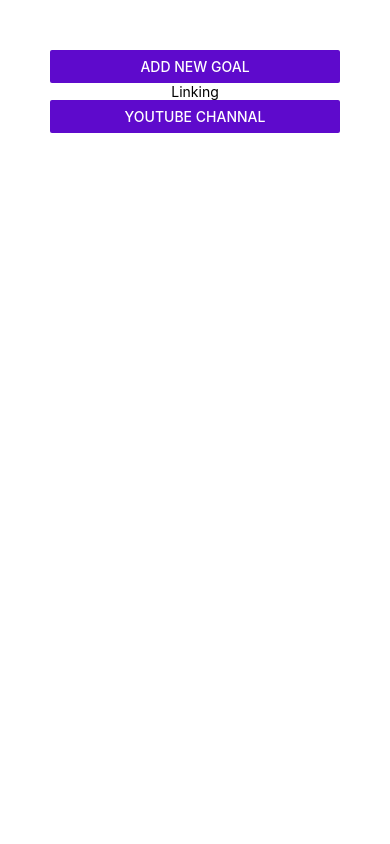
Repository: ntu34543/React-Native-Example1
Screen: /
These files come from the project's save history. The screen is drawn as it stood at one moment and after a run of saves; the edit follows.
The app was drawn by React Native's web renderer in a window 390 px wide. The project was rebuilt for these pictures with package versions that can differ from the ones it lists, and the page was loaded fresh each time. Also part of the build but not shown: components/Goalltem.js.

Above is the screen before, as saved 2022-09-12 12:00:57.

### App.js
import { useState } from "react";
import { StyleSheet, View, FlatList, Button, Text, Linking } from "react-native";
import { StatusBar } from "expo-status-bar";

import GoalItem from "./components/Goalltem";
import GoalInput from "./components/Goallnput";

export default function App() {
  const [modalIsVisible, setModalIsVisible] = useState(false);
  const [courseGoals, setCourseGoals] = useState([]);
  // console.log(courseGoals);

  function startAddGoalHandler() {
    setModalIsVisible(true);
  }

  function endAddGoalHandler() {
    setModalIsVisible(false);
  }

  function addTextInput(enteredGoalText) {
    setCourseGoals((currentCourseGoals) => [
      ...currentCourseGoals,
      { text: enteredGoalText, id: Math.random().toString() },
    ]);
    endAddGoalHandler();
  }

  function deleteGoalHandler(id) {
    setCourseGoals((currentCourseGoals) => {
      return currentCourseGoals.filter((goal) => goal.id !== id);
    });
  }

  return (
    <>
      <StatusBar style="auto"/>
      <View style={styles.container}>
        <Button
          title="Add new Goal"
          color="#5e0acc"
          onPress={startAddGoalHandler}
        />
        <Text style={{textAlign: 'center'}}>Linking</Text>
        <Button
          title="Youtube channal"
          color="#5e0acc"
          onPress={()=>{Linking.openURL('https://ca.slack-edge.com/T324R7VB6-U03RS7EKJHG-323b9d1b6216-512')}}
        />
        <GoalInput
          visible={modalIsVisible}
          onAddGoal={addTextInput}
          onCancer={endAddGoalHandler}
        />
        <View style={styles.goalsContainer}>
          <FlatList
            data={courseGoals}
            style={styles.goalsContainer}
            renderItem={(itemData) => {
              return (
                <GoalItem
                  text={itemData.item.text}
                  id={itemData.item.id}
                  onDeleteItem={deleteGoalHandler}
                />
              );
            }}
            keyExtractor={(item, index) => {
              return index.id;
            }}
            alwaysBounceVertical={false}
          />
        </View>
      </View>
    </>
  );
}

const styles = StyleSheet.create({
  container: {
    padding: 50,
  },
  goalsContainer: {
    // flex: 4,
  },
});

### components/Goallnput.js
import { useState } from "react";
import { StyleSheet, View, TextInput, Button, Modal, Image } from "react-native";
function GoalInput(props) {
  const [enteredGoalText, setEnteredGoalText] = useState("");

  function textInput(enteredText) {
    setEnteredGoalText(enteredText);
    // console.log(enteredText);
  }

  function addGoalHandler() {
    props.onAddGoal(enteredGoalText);
    setEnteredGoalText("");
  }

  return (
    <Modal visible={props.visible} animationType="slide">
      <View style={styles.inputContainer}>
          <Image style={styles.image} source={require('../assets/favicon.png')} />
        <TextInput
          style={styles.textInput}
          placeholder="Email............"
          onChangeText={textInput}
          value={enteredGoalText}
        />
        <View style={styles.buttonContainer}>
          <View style={styles.button}>
            <Button title="Click!" onPress={addGoalHandler} />
          </View>
          <View style={styles.button}>
            <Button title="Cancer!" onPress={props.onCancer}/>
          </View>
        </View>
      </View>
    </Modal>
  );
}

export default GoalInput;

const styles = StyleSheet.create({
  inputContainer: {
    flex: 1,
    justifyContent: "center",
    alignItems: "center",
    paddingBottom: 24,
    padding: 16,
    borderBottomWidth: 1,
    borderBottomColor: "gray",
    backgroundColor: 'pink'
  },
  image: {
      width: 100,
      height: 100,
      margin: 20,
  },
  textInput: {
    borderWidth: 1,
    borderColor: "#cccccc",
    width: "100%",
    padding: 8,
  },
  buttonContainer: {
      marginTop: 16,
    flexDirection: "row",
  },
  button: {
      width: '30%',
      marginHorizontal: 8,
  }
});

After the next 2 saves:
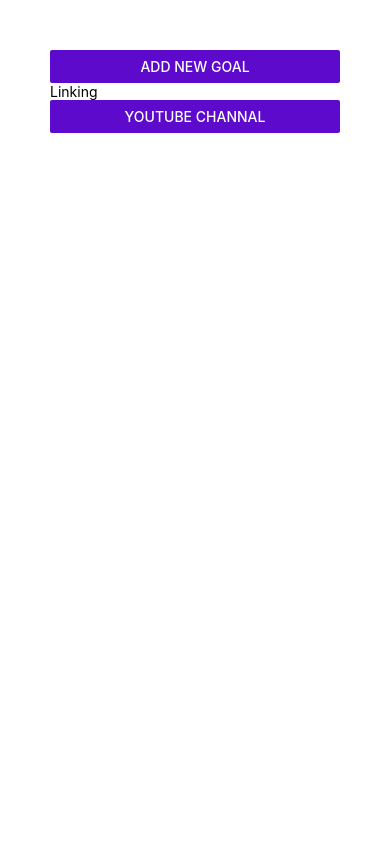
The 2 saves are shown as one change because they came seconds apart.
The last was saved 89 s later.
--- a/App.js
+++ b/App.js
@@ -41,7 +41,7 @@
           color="#5e0acc"
           onPress={startAddGoalHandler}
         />
-        <Text style={{textAlign: 'center'}}>Linking</Text>
+        <Text style={styles.text}>Linking</Text>
         <Button
           title="Youtube channal"
           color="#5e0acc"
